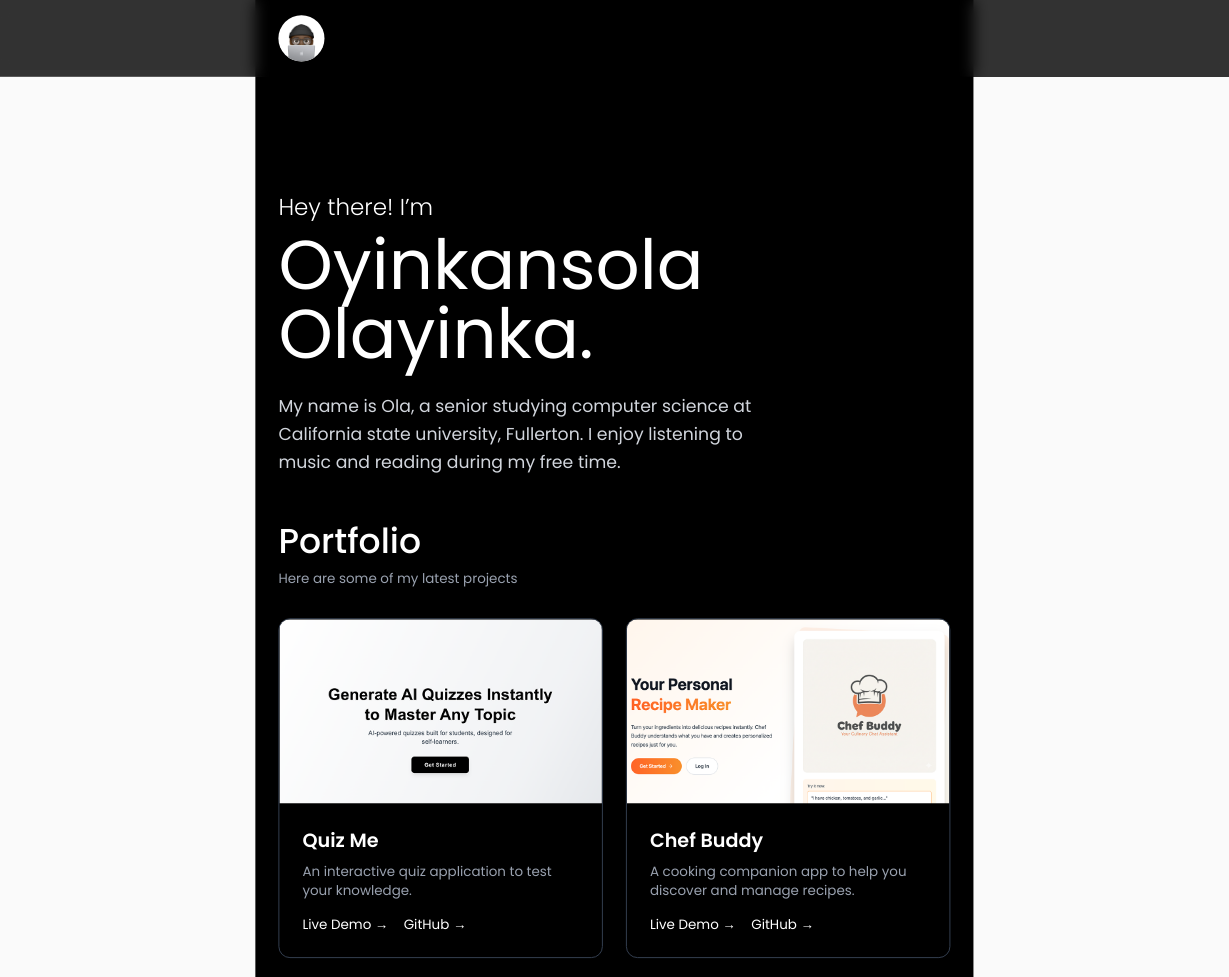
Repository: olasores/olasores-portfolio
Page: /
The author's editor kept a copy of each file at every save. The page is drawn from the files as they stood at one save, then again after a run of saves.
The browser window is 1280 px wide. The pictures show the whole page, at 96% of full size.
The project was rebuilt for these pictures with package versions that can differ from the ones it lists, and the page was loaded fresh each time. The framework's server and built-in components were replaced by stand-ins that run in the browser. Also part of the build but not shown: next.config.ts.

Above is the page before, as saved 2025-11-11 13:07:27.

### app/layout.tsx
import type { Metadata } from "next";
import { Poppins } from "next/font/google";
import "./globals.css";
import Navbar from "./components/Navbar";

const poppins = Poppins({
  variable: "--font-poppins",
  weight: ["300", "400", "500", "600", "700"],
  subsets: ["latin"],
});

export const metadata: Metadata = {
  title: "Create Next App",
  description: "Generated by create next app",
};

export default function RootLayout({
  children,
}: Readonly<{
  children: React.ReactNode;
}>) {
  return (
    <html lang="en">
      <body
        className={`${poppins.variable} antialiased`}
      >
        <Navbar />
        {children}
      </body>
    </html>
  );
}

### app/page.tsx
import HomeSection from "./components/HomeSection";

export default function Home() {
  return (

    <div className="flex min-h-screen items-center justify-center bg-zinc-50 font-sans dark:bg-black top-20">
      <HomeSection />

    </div>
  );
}

### app/globals.css
@import "tailwindcss";

* {
  font-family: 'Poppins', sans-serif;
}

:root {
  --background: #ffffff;
  --foreground: #171717;
}

@media (prefers-color-scheme: dark) {
  :root {
    --background: #0a0a0a;
    --foreground: #ededed;
  }
}

body {
  background: var(--background);
  color: var(--foreground);
}

### app/components/Navbar.tsx
export default function Navbar() {
    return (
        <nav className="fixed top-0 left-0 right-0 bg-black/80 backdrop-blur-sm px-6 py-4 z-50 flex justify-center">
            <div className="max-w-[700px] w-full flex items-center justify-between">
                {/* Logo */}
                <div className="relative w-12 h-12 rounded-full bg-white overflow-hidden flex items-center justify-center">
                    <img
                        src="/assets/olaimg2.webp"
                        alt="Oyinkansola Olayinka Logo"
                        className="w-full h-full object-cover"
                    />
                </div>

                {/* Links */}
                {/* <div className="flex gap-8 text-white">
                    <a href="#" className="hover:text-gray-400 transition">
                        Github ↗
                    </a>
                    <a href="#" className="hover:text-gray-400 transition">
                        linkedin ↗
                    </a>
                    <a href="#" className="hover:text-gray-400 transition">
                        Resume ↗
                    </a>
                </div> */}
            </div>
        </nav>
    );
}

### app/components/HomeSection.tsx
import Portfolio from "./Portfolio";
export default function HomeSection() {
    return (
        <div className="flex min-h-screen justify-center bg-black font-sans dark:bg-black px-6 py-5 pt-30 md:pt-50">
            <div className="max-w-[700px] w-full flex flex-col gap-12">
                {/* Text content */}
                <div className="flex flex-col gap-6 items-center md:items-start">
                    <div>
                        <h2 className="text-xl md:text-2xl font-light text-white mb-2">
                            Hey there! I&rsquo;m
                        </h2>
                        <h1 className="text-5xl md:text-7xl  text-white">
                            Oyinkansola Olayinka.
                        </h1>
                    </div>

                    <p className="text-base md:text-lg text-gray-300 leading-relaxed max-w-lg">
                        My name is Ola, a senior studying computer science at California state university, Fullerton. I enjoy listening to music and reading during my free time.
                    </p>

                    {/* Links */}
                    {/* <div className="flex gap-6 text-lg md:text-xl text-white">
                        <a href="#" className="hover:text-gray-400 transition">
                            Github ↗
                        </a>
                        <a href="#" className="hover:text-gray-400 transition">
                            linkedin ↗
                        </a>
                        <a href="#" className="hover:text-gray-400 transition">
                            Resume ↗
                        </a>
                    </div> */}

                </div>
                <Portfolio />

            </div>
        </div>
    );
}

### app/components/Portfolio.tsx
export default function Portfolio() {
    return (
        <div className="flex justify-center bg-black font-sans dark:bg-black ">
            <div className="max-w-[700px] w-full flex flex-col gap-8">
                {/* Section Title */}
                <div>
                    <h2 className="text-3xl md:text-4xl font-medium text-white mb-2">
                        Portfolio
                    </h2>
                    <p className="text-gray-400 text-sm">
                        Here are some of my latest projects
                    </p>
                </div>

                {/* Projects Grid */}
                <div className="grid grid-cols-1 md:grid-cols-2 gap-6">
                    {/* Quiz Me Project */}
                    <div className="border border-gray-700 rounded-xl overflow-hidden hover:border-gray-500 transition flex flex-col">
                        {/* Project Image */}
                        <div className="w-full h-48 bg-gray-800 overflow-hidden">
                            <img
                                src="/assets/quizzy.png"
                                alt="Quiz Me Project"
                                className="w-full h-full object-cover"
                            />
                        </div>

                        {/* Project Details */}
                        <div className="p-6 flex flex-col gap-4 flex-1">
                            <div>
                                <h3 className="text-xl font-semibold text-white mb-2">
                                    Quiz Me
                                </h3>
                                <p className="text-gray-400 text-sm">
                                    An interactive quiz application to test your knowledge.
                                </p>
                            </div>

                            {/* Links */}
                            <div className="flex gap-4 text-sm mt-auto">
                                <a
                                    href="https://quiz-me-sandy.vercel.app/"
                                    target="_blank"
                                    rel="noopener noreferrer"
                                    className="text-white hover:text-gray-300 transition"
                                >
                                    Live Demo →
                                </a>
                                <a
                                    href="#"
                                    className="text-white hover:text-gray-300 transition"
                                >
                                    GitHub →
                                </a>
                            </div>
                        </div>
                    </div>

                    {/* Project Card 2 - Chef Buddy */}
                    <div className="border border-gray-700 rounded-xl overflow-hidden hover:border-gray-500 transition flex flex-col">
                        {/* Project Image */}
                        <div className="w-full h-48 bg-gray-800 overflow-hidden">
                            <img
                                src="/assets/chef.png"
                                alt="Chef Buddy Project"
                                className="w-full h-full object-cover"
                            />
                        </div>

                        {/* Project Details */}
                        <div className="p-6 flex flex-col gap-4 flex-1">
                            <div>
                                <h3 className="text-xl font-semibold text-white mb-2">
                                    Chef Buddy
                                </h3>
                                <p className="text-gray-400 text-sm">
                                    A cooking companion app to help you discover and manage recipes.
                                </p>
                            </div>

                            {/* Links */}
                            <div className="flex gap-4 text-sm mt-auto">
                                <a
                                    href="https://chef-buddy-rouge.vercel.app/"
                                    target="_blank"
                                    rel="noopener noreferrer"
                                    className="text-white hover:text-gray-300 transition"
                                >
                                    Live Demo →
                                </a>
                                <a
                                    href="#"
                                    className="text-white hover:text-gray-300 transition"
                                >
                                    GitHub →
                                </a>
                            </div>
                        </div>
                    </div>
                </div>
            </div>
        </div>
    );
}

After the next 4 saves:
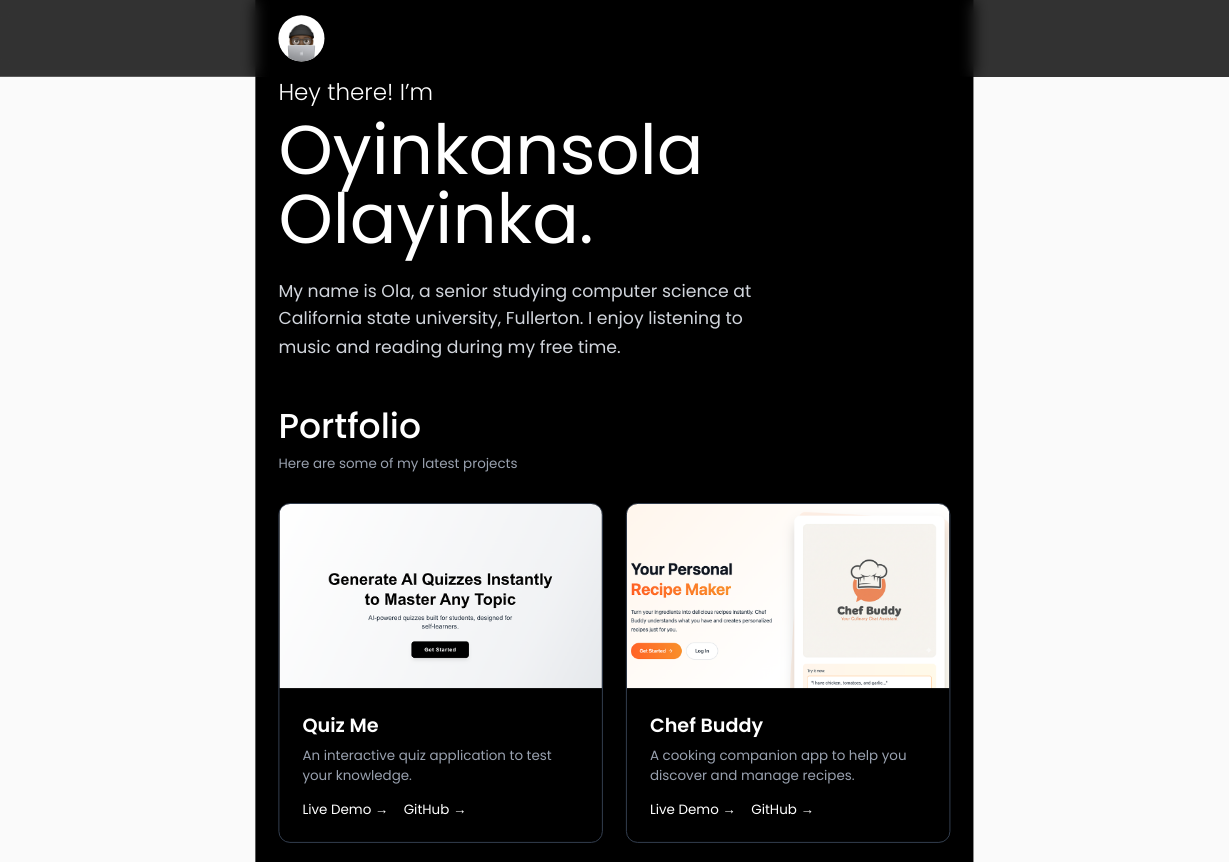
The 4 saves are shown as one change because they came seconds apart.
The last was saved 23 s later.
--- a/app/components/HomeSection.tsx
+++ b/app/components/HomeSection.tsx
@@ -1,7 +1,7 @@
 import Portfolio from "./Portfolio";
 export default function HomeSection() {
     return (
-        <div className="flex min-h-screen justify-center bg-black font-sans dark:bg-black px-6 py-5 pt-30 md:pt-50">
+        <div className="flex min-h-screen justify-center bg-black font-sans dark:bg-black px-6 py-5 pt-10 md:pt-20">
             <div className="max-w-[700px] w-full flex flex-col gap-12">
                 {/* Text content */}
                 <div className="flex flex-col gap-6 items-center md:items-start">
